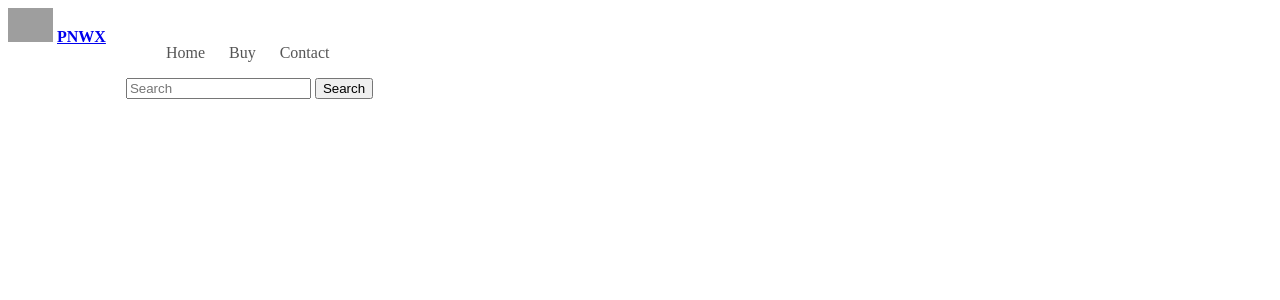
Repository: meiming24/meiming24.github.io
Page: index.html
The author's editor kept a copy of each file at every save. The page is drawn from the files as they stood at one save, then again after the next save.
The browser window is 1280 px wide. The pictures show the whole page.
Pictures or frames that could not be fetched are drawn as grey boxes.

Above is the page before, as saved 2022-05-09 17:05:18.

After the next save:
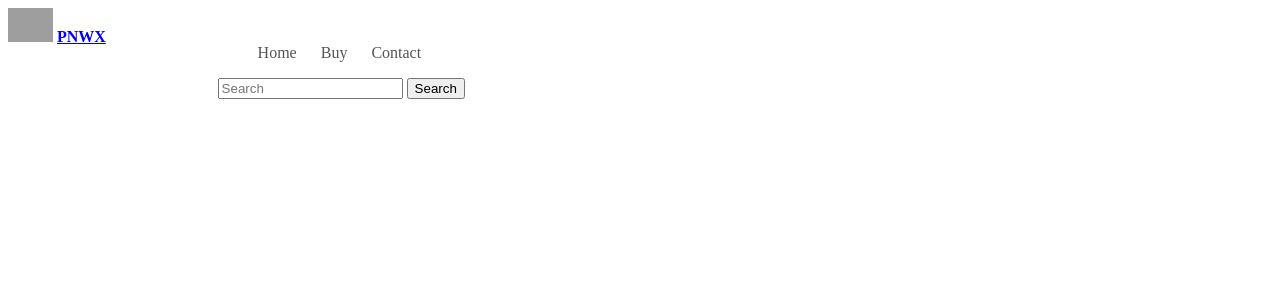
Saved 4 s later.
--- a/index.css
+++ b/index.css
@@ -10,7 +10,7 @@
 }
 
 .logo {
-    flex basis: 15%;
+    flex-basis: 15%;
     font-weight: 600;
     text-decoration: none;
 }
